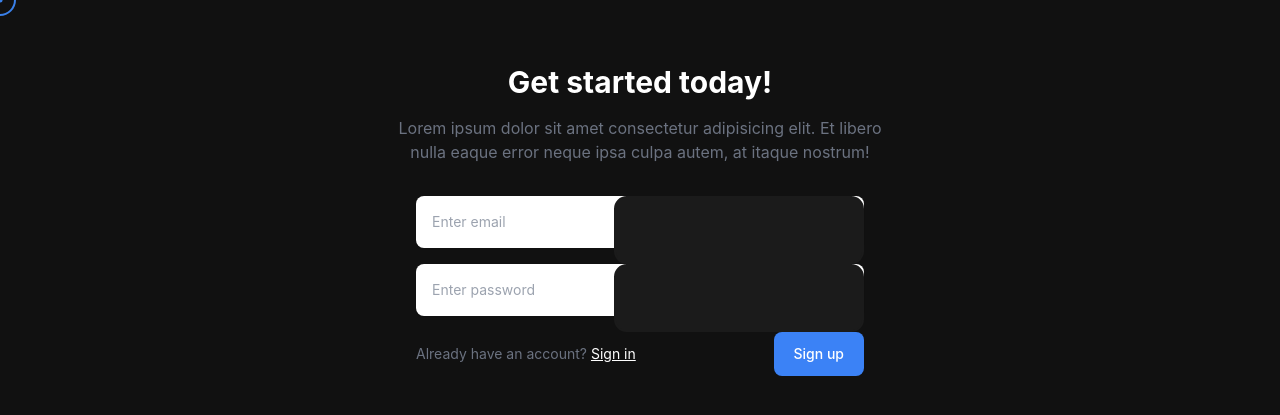
Repository: Pran2535/Prince
Page: /signup
The author's editor kept a copy of each file at every save. The page is drawn from the files as they stood at one save, then again after the next save.
The browser window is 1280 px wide. The pictures show the whole page.
The project was rebuilt for these pictures with package versions that can differ from the ones it lists, and the page was loaded fresh each time. Also part of the build but not shown: src/App.css, src/components/CoinPage/Info/styles.css, src/components/CoinPage/Info/index.js, src/components/CoinPage/LineChart/index.js, src/components/CoinPage/SelectDays/styles.css, src/components/CoinPage/SelectDays/index.js, src/components/CoinPage/ToggleComponent/index.js, src/components/Common/Button/styles.css and 36 more.

Above is the page before, as saved 2024-06-23 18:50:37.

After the next save:
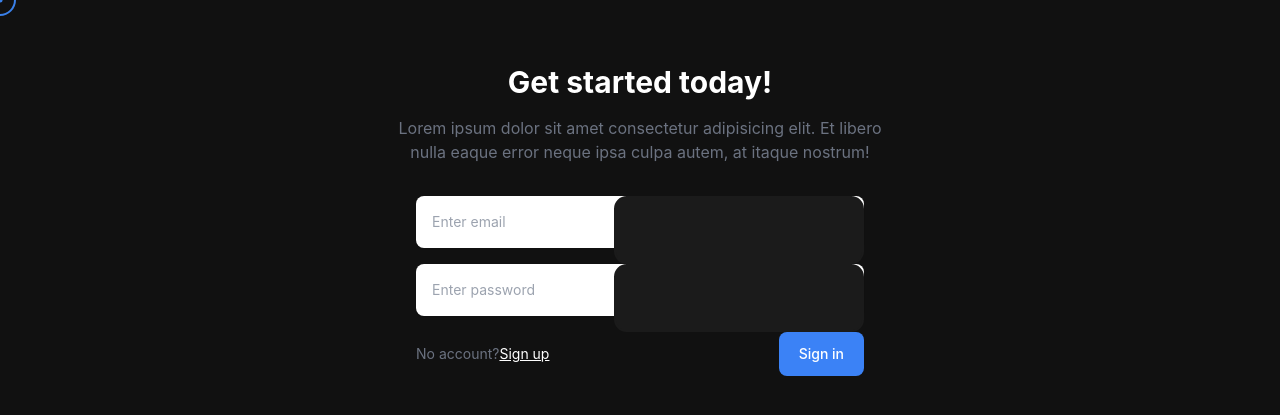
Saved 18 s later.
--- a/src/pages/Signup.js
+++ b/src/pages/Signup.js
@@ -4,11 +4,11 @@ const Signup = () => {
   return (
     <>
       {/*
-        Heads up! 👋
+  Heads up! 👋
 
-        Plugins:
-          - @tailwindcss/forms
-      */}
+  Plugins:
+    - @tailwindcss/forms
+*/}
 
       <div className="mx-auto max-w-screen-xl px-4 py-16 sm:px-6 lg:px-8">
         <div className="mx-auto max-w-lg text-center">
@@ -29,8 +29,6 @@ const Signup = () => {
             <div className="relative">
               <input
                 type="email"
-                id="email"
-                name="email"
                 className="w-full rounded-lg border-gray-200 p-4 pe-12 text-sm shadow-sm"
                 placeholder="Enter email"
               />
@@ -38,7 +36,7 @@ const Signup = () => {
               <span className="absolute inset-y-0 end-0 grid place-content-center px-4">
                 <svg
                   xmlns="http://www.w3.org/2000/svg"
-                  className="h-4 w-4 text-gray-400"
+                  className="size-4 text-gray-400"
                   fill="none"
                   viewBox="0 0 24 24"
                   stroke="currentColor"
@@ -62,8 +60,6 @@ const Signup = () => {
             <div className="relative">
               <input
                 type="password"
-                id="password"
-                name="password"
                 className="w-full rounded-lg border-gray-200 p-4 pe-12 text-sm shadow-sm"
                 placeholder="Enter password"
               />
@@ -71,7 +67,7 @@ const Signup = () => {
               <span className="absolute inset-y-0 end-0 grid place-content-center px-4">
                 <svg
                   xmlns="http://www.w3.org/2000/svg"
-                  className="h-4 w-4 text-gray-400"
+                  className="size-4 text-gray-400"
                   fill="none"
                   viewBox="0 0 24 24"
                   stroke="currentColor"
@@ -95,9 +91,9 @@ const Signup = () => {
 
           <div className="flex items-center justify-between">
             <p className="text-sm text-gray-500">
-              Already have an account?
-              <a href="#" className="ml-1 underline">
-                Sign in
+              No account?
+              <a className="underline" href="#">
+                Sign up
               </a>
             </p>
 
@@ -105,7 +101,7 @@ const Signup = () => {
               type="submit"
               className="inline-block rounded-lg bg-blue-500 px-5 py-3 text-sm font-medium text-white"
             >
-              Sign up
+              Sign in
             </button>
           </div>
         </form>
